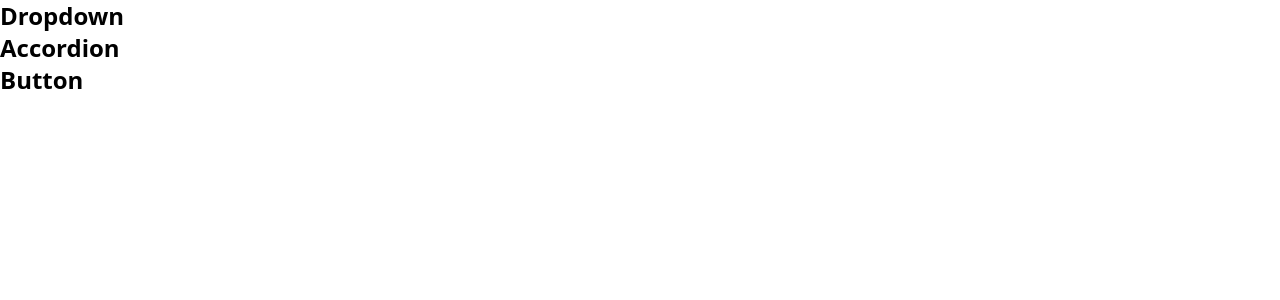
Repository: Marhamat92/reactroutefromstephen
Page: /
The author's editor kept a copy of each file at every save. The page is drawn from the files as they stood at one save, then again after the next save.
The browser window is 1280 px wide. The pictures show the whole page.
The project was rebuilt for these pictures with package versions that can differ from the ones it lists, and the page was loaded fresh each time. Also part of the build but not shown: src/App.css, src/components/Dropdowns/DropDown.tsx, src/pages/dropdown/DropdownPage.tsx, src/components/Accordion/Accordion.tsx, src/pages/accordion/AccordionPage.tsx, src/components/Buttons/Button.tsx, src/pages/buttons/ButtonPage.tsx.

Above is the page before, as saved 2022-12-24 17:24:23.

After the next save:
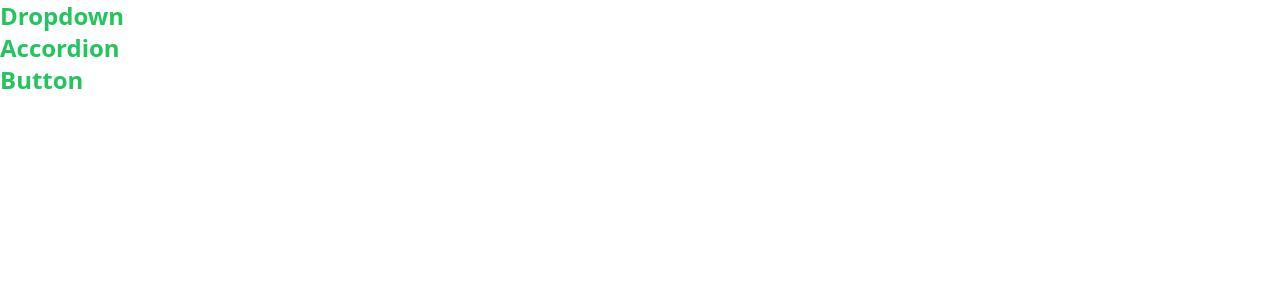
Saved 2 min 13 s later.
--- a/src/components/Link/Link.tsx
+++ b/src/components/Link/Link.tsx
@@ -19,7 +19,9 @@ function Link({ children, to }: Props) {
 
   return (
     <a
-      className='text-2xl font-bold flex flex-col'
+      className={`${
+        currentPath && "text-green-500"
+      } text-2xl font-bold flex flex-col`}
       href={to}
       onClick={handleClick}
     >
